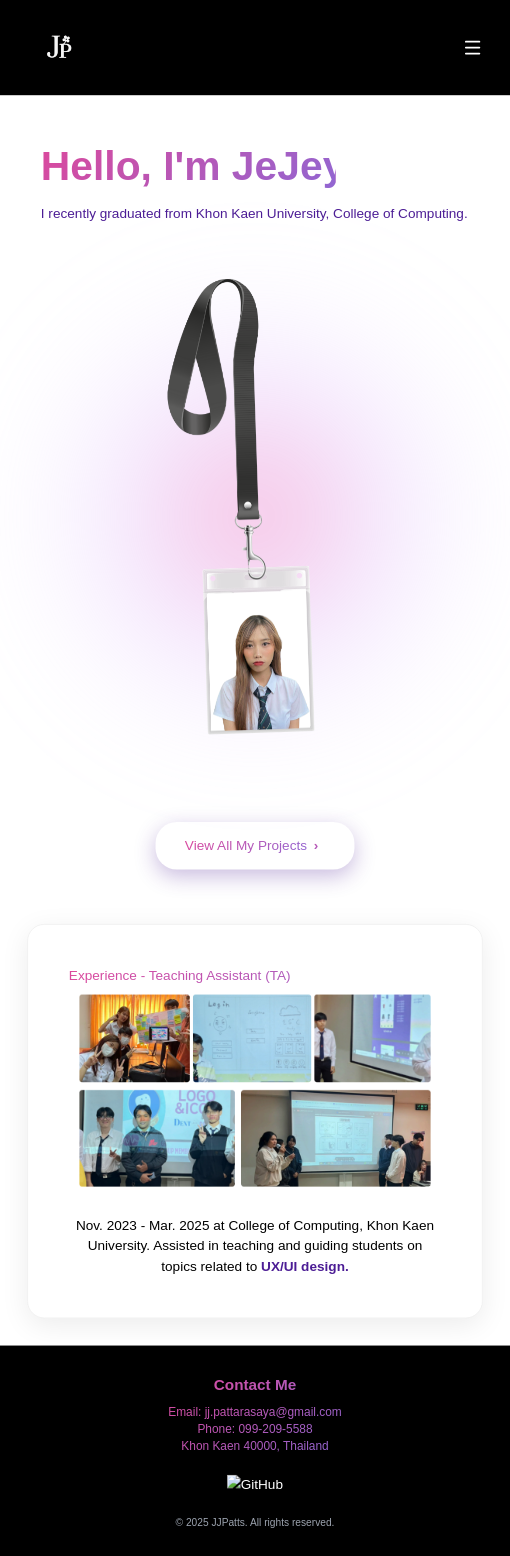
Repository: PattarasayaJJ/Portfolio-jjpatts
Page: /
An editor plug-in stored every save of this project. The page is shown before and after the next save, followed by the edit.
The browser window is 600 px wide. The pictures show the whole page, at 85% of full size.
The project was rebuilt for these pictures with package versions that can differ from the ones it lists, and the page was loaded fresh each time. Also part of the build but not shown: vite.config.js, vite.config.ts, src/header.css, src/work.css, src/components/Works.jsx, src/components/Aboutme.jsx.

Above is the page before, as saved 2025-08-03 23:18:13.

After the next save:
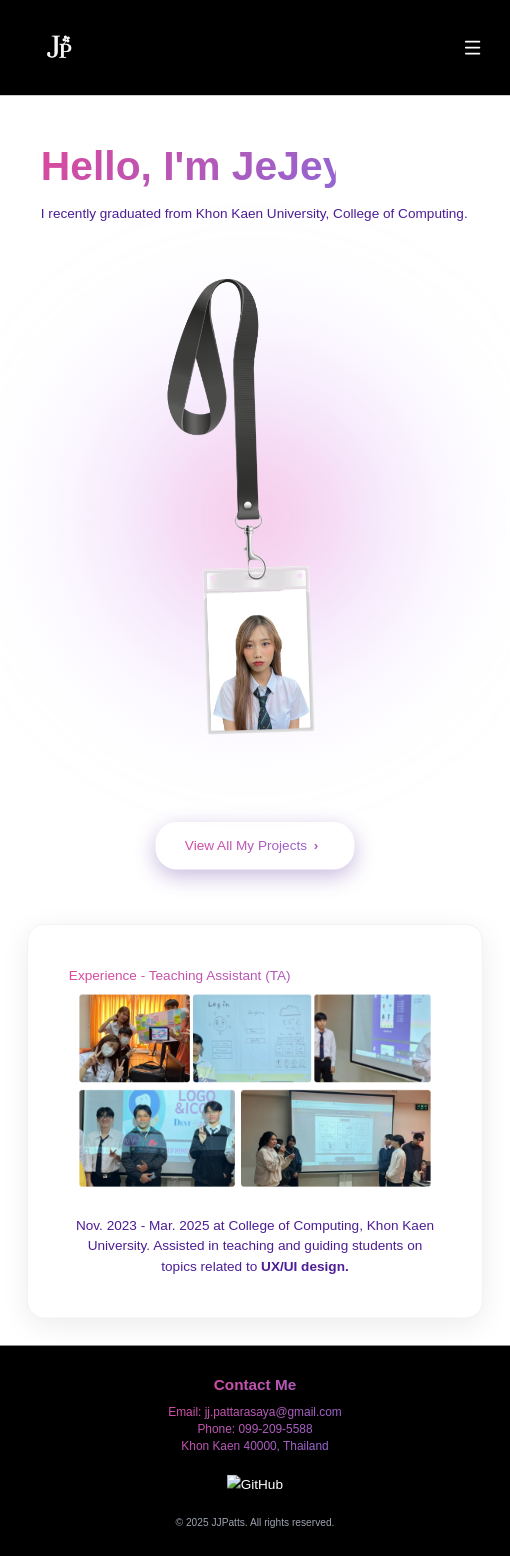
Saved 40 s later.
--- a/src/hero.css
+++ b/src/hero.css
@@ -219,7 +219,13 @@
 
   }
 
-
+  .bottom-caption {
+    font-size: 1rem;
+    color: #4c1d95;
+    align-self: center;
+    text-align: center;
+
+  }
    .final-project-content {
     flex-direction: column;
     gap: 1.5rem;
